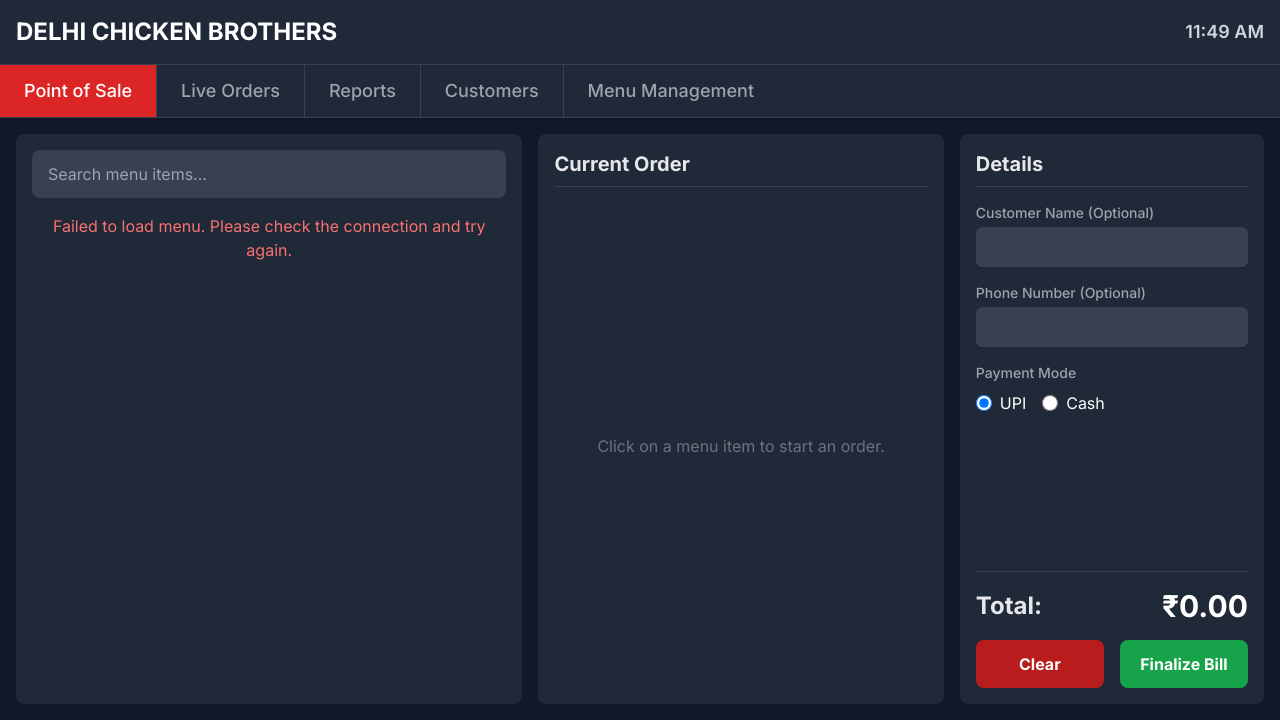
Repository: roydigital/dcb-pos-app
Page: index.html
The author's editor kept a copy of each file at every save. The page is drawn from the files as they stood at one save, then again after the next save.
The browser window is 1280 px wide. The pictures show the whole page.
The page's requests for data from a server got no answer. Some web libraries are served in a nearby version.

Above is the page before, as saved 2025-09-17 15:39:34.

After the next save:
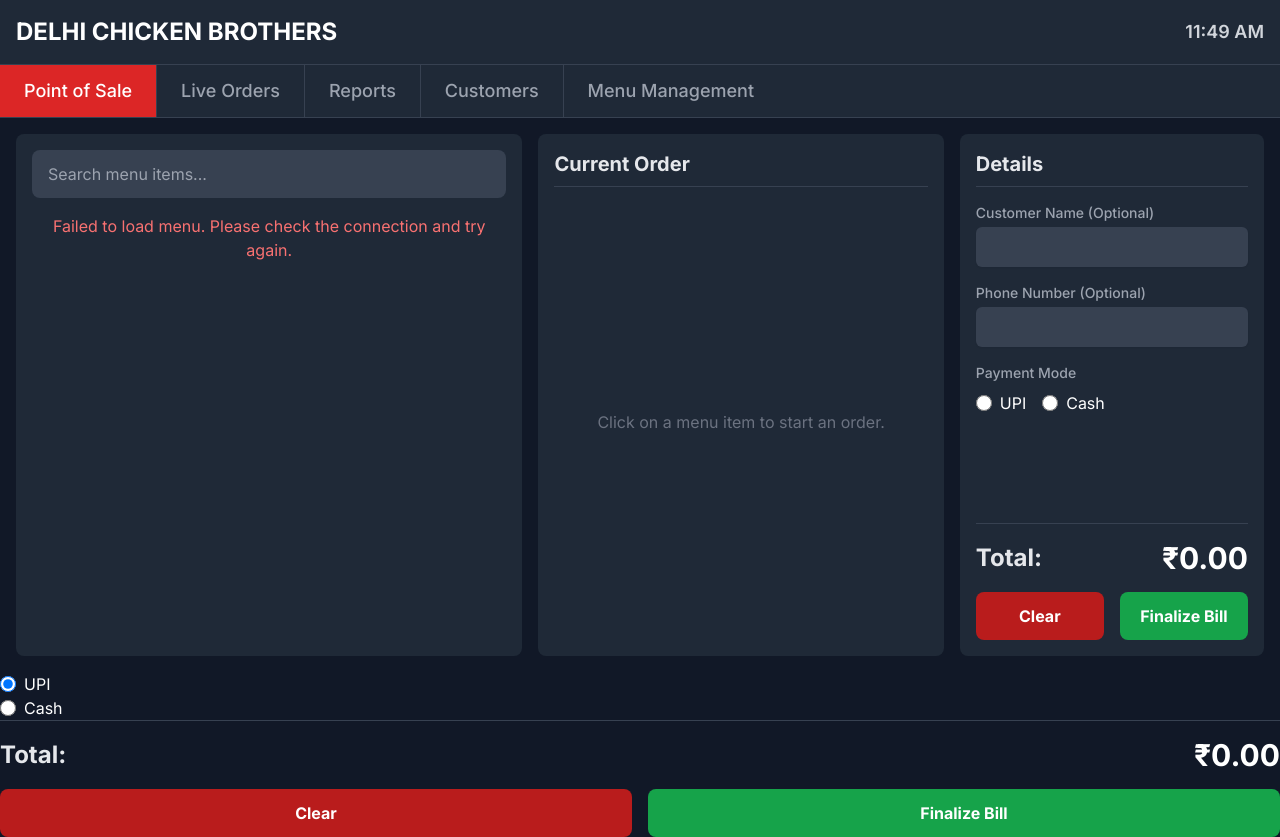
Saved 8 min 17 s later.
--- a/index.html
+++ b/index.html
@@ -12,33 +12,6 @@
         body {
             font-family: 'Inter', sans-serif;
         }
-        @media print {
-  body * {
-    visibility: hidden;
-  }
-  #receipt-to-print, #receipt-to-print * {
-    visibility: visible !important;
-  }
-  #receipt-to-print {
-    position: absolute;
-    left: 0;
-    top: 0;
-    width: 80mm;
-    font-family: 'Courier New', Courier, monospace;
-    font-size: 10pt;
-    color: #000;
-  }
-  .receipt-header, .receipt-total { text-align: center; }
-  .receipt-header h1 { margin: 5px 0; font-size: 14pt; }
-  .receipt-header p { margin: 2px 0; font-size: 9pt; }
-  .items-table { width: 100%; border-collapse: collapse; margin-top: 10px; }
-  .items-table th, .items-table td { padding: 3px; }
-  .items-table th { border-bottom: 1px dashed #000; }
-  .summary-table { width: 100%; margin-top: 10px; }
-  .summary-table td { padding: 2px; }
-  .text-right { text-align: right; }
-  hr.dashed { border-top: 1px dashed #000; }
-}
     </style>
 </head>
 <body class="bg-gray-900 text-gray-200">
@@ -96,6 +69,33 @@
                     <div>
                         <label class="block text-sm font-medium text-gray-400">Payment Mode</label>
                         <div class="mt-2 flex space-x-4">
+                            <label class="flex items-center">
+                                <input type="radio" name="payment-mode" value="upi" class="form-radio h-4 w-4 text-red-600 bg-gray-700 border-gray-600 focus:ring-red-500" checked>
+                                <span class="ml-2 text-white">UPI</span>
+                            </label>
+                            <label class="flex items-center">
+                                <input type="radio" name="payment-mode" value="cash" class="form-radio h-4 w-4 text-red-600 bg-gray-700 border-gray-600 focus:ring-red-500">
+                                <span class="ml-2 text-white">Cash</span>
+                            </label>
+                        </div>
+                    </div>
+                </div>
+                <div class="mt-auto pt-4 border-t border-gray-700">
+                    <div class="flex justify-between items-center mb-4">
+                        <span class="text-2xl font-bold">Total:</span>
+                        <span id="total-amount" class="text-3xl font-bold text-white">₹0.00</span>
+                    </div>
+                    <div class="grid grid-cols-2 gap-4">
+                        <button id="clear-order-btn" class="w-full bg-red-700 hover:bg-red-800 text-white font-bold py-3 px-4 rounded-lg">
+                            Clear
+                        </button>
+                        <button id="finalize-bill-btn" class="w-full bg-green-600 hover:bg-green-700 text-white font-bold py-3 px-4 rounded-lg">
+                            Finalize Bill
+                        </button>
+                    </div>
+                </div>
+            </div>
+        </main>
                             <label class="flex items-center">
                                 <input type="radio" name="payment-mode" value="upi" class="form-radio h-4 w-4 text-red-600 bg-gray-700 border-gray-600 focus:ring-red-500" checked>
                                 <span class="ml-2 text-white">UPI</span>
